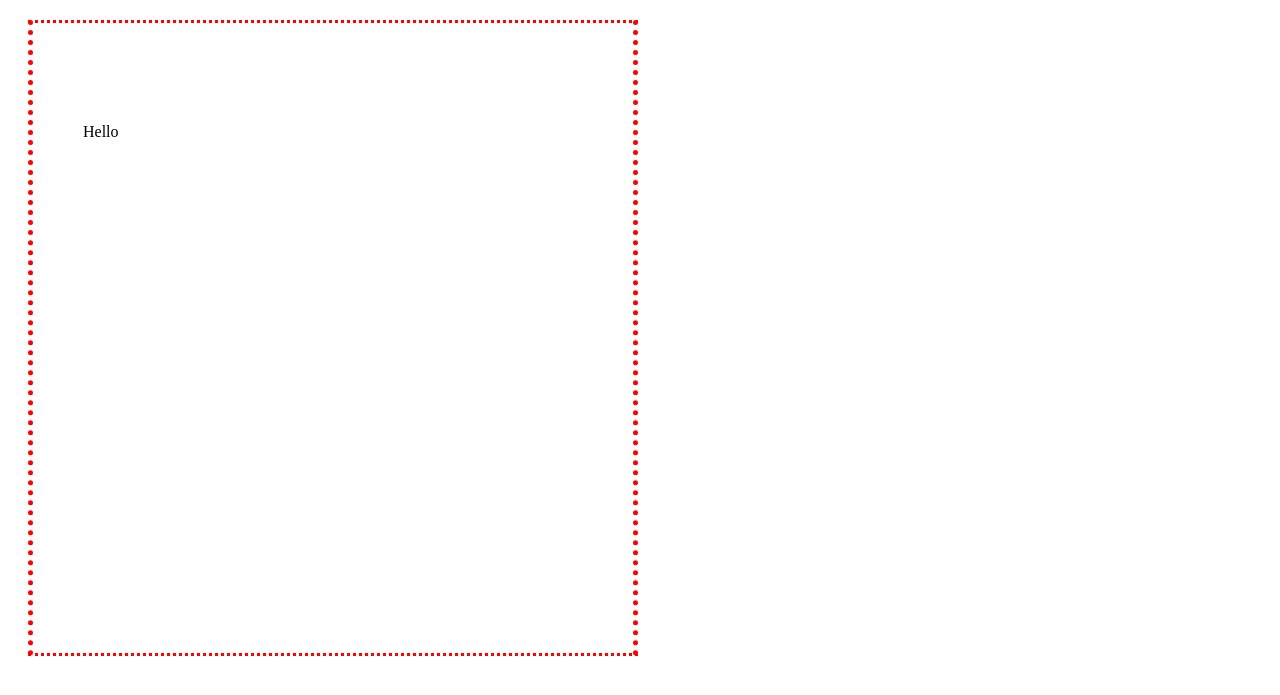
Repository: harin1212/PDA-frontend
Page: day3/box.html
These files come from the project's save history. The page is drawn as it stood at one moment and after the next save; the edit follows.
The browser window is 1280 px wide. The pictures show the whole page.

Above is the page before, as saved 2023-07-31 13:14:33.

### day3/box.html
<!DOCTYPE html>
<html lang="en">
<head>
    <meta charset="UTF-8">
    <!-- <meta name="viewport" content="width=device-width, initial-scale=1.0"> -->
    <title>Box Model</title>
    <link rel="stylesheet" href="style/box.css">
</head>
<body>
    <div>Hello</div>
</body>
</html>

### day3/style/box.css
div{
    width: 500px; height: 500px;
    border-width: 3px 5px;
    border-style: dotted;
    border-color: red;
    padding: 100px 50px 30px;
    margin: 20px;
}

After the next save:
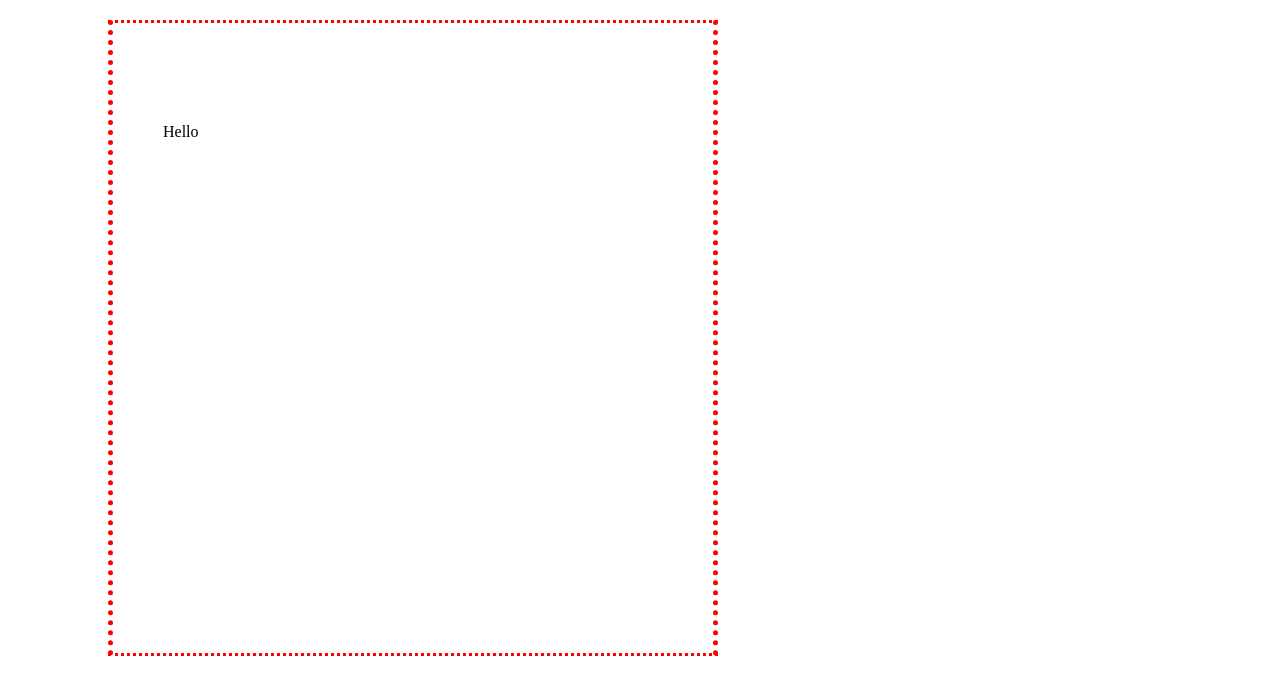
Saved 85 s later.
--- a/day3/style/box.css
+++ b/day3/style/box.css
@@ -4,5 +4,5 @@ div{
     border-style: dotted;
     border-color: red;
     padding: 100px 50px 30px;
-    margin: 20px;
+    margin: 20px 100px;
 }
